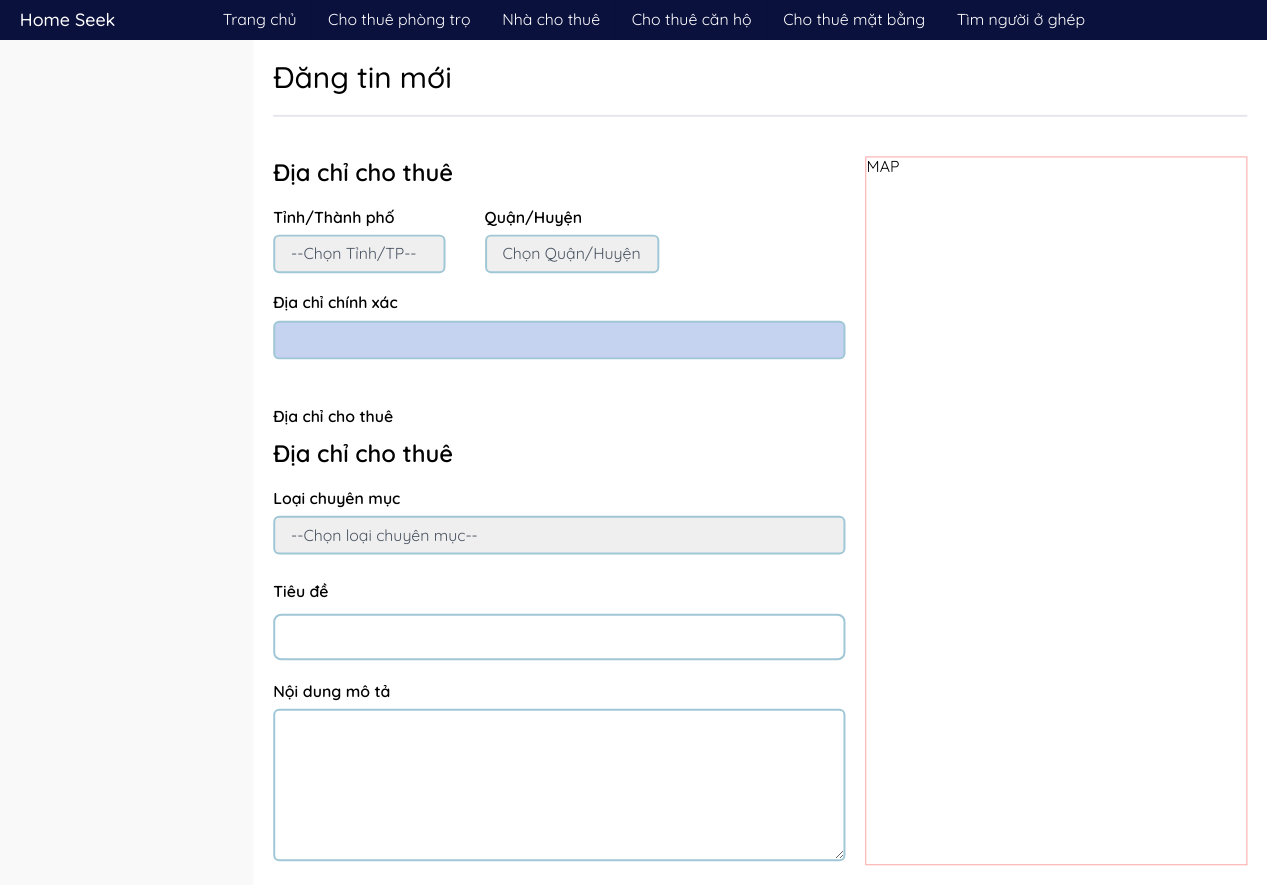
Repository: ajincome26/homeseek
Page: /create (app in client/)
An editor plug-in stored every save of this project. The page is shown before and after the next save, followed by the edit.
The browser window is 1280 px wide. The pictures show the whole page, at 99% of full size.
The page's requests for data from a server got no answer. The project was rebuilt for these pictures with package versions that can differ from the ones it lists, and the page was loaded fresh each time. Some packages were replaced by stand-ins written for this rebuild. No one was signed in, and anything a server would have sent is missing. Also part of the build but not shown: client/vite.config.ts, client/src/components/Footer/Footer.tsx, client/src/components/Button/Button.tsx, client/src/components/Button/index.ts, client/src/utils/utils.tsx, client/src/components/MainHeader/components/User.tsx, client/src/components/Popover/Popover.tsx, client/src/components/Popover/index.ts and 16 more.

Above is the page before, as saved 2024-01-10 05:05:08.

### client/index.html
<!doctype html>
<html lang="en">
  <head>
    <meta charset="UTF-8" />
    <link rel="icon" type="image/svg+xml" href="/vite.svg" />
    <meta name="viewport" content="width=device-width, initial-scale=1.0" />
    <title>Home Seek</title>
    <link rel="preconnect" href="https://fonts.googleapis.com" />
    <link rel="preconnect" href="https://fonts.gstatic.com" crossorigin />
    <link
      href="https://fonts.googleapis.com/css2?family=Quicksand:wght@300;400;500;600;700&display=swap"
      rel="stylesheet"
    />
  </head>
  <body>
    <div id="root"></div>
    <script type="module" src="/src/main.tsx"></script>
  </body>
</html>

### client/src/main.tsx
import ReactDOM from 'react-dom/client'
import App from './App'
import './styles/index.scss'
import { BrowserRouter } from 'react-router-dom'
import { QueryClient, QueryClientProvider } from '@tanstack/react-query'
import { ReactQueryDevtools } from '@tanstack/react-query-devtools'
import { AuthProvider } from './contexts/auth.context'
import { ErrorBoundary } from './components/ErrorBoundary'

// Create a client
const queryClient = new QueryClient({
  defaultOptions: {
    queries: {
      refetchOnWindowFocus: false // disable việc fetch lại api khi focus tab window
    }
  }
})

ReactDOM.createRoot(document.getElementById('root')!).render(
  <BrowserRouter>
    <QueryClientProvider client={queryClient}>
      <AuthProvider>
        <ErrorBoundary>
          <App />
        </ErrorBoundary>
      </AuthProvider>
      <ReactQueryDevtools initialIsOpen={false} />
    </QueryClientProvider>
  </BrowserRouter>
)

### client/src/App.tsx
import { useEffect } from 'react'
import { useAuth } from './contexts/auth.context'
import useRoute from './useRoute'
import { LocalStorageEventTarget } from './utils/auth'
import { ToastContainer } from 'react-toastify'
import 'react-toastify/dist/ReactToastify.css'

function App() {
  const routeElements = useRoute()
  const { resetAuth } = useAuth()
  useEffect(() => {
    LocalStorageEventTarget.addEventListener('clearLS', () => {
      resetAuth()
    })
    return () => {
      LocalStorageEventTarget.removeEventListener('clearLS', () => {
        resetAuth()
      })
    }
  }, [resetAuth])
  return (
    <div className='bg-third'>
      <ToastContainer />
      <div>{routeElements}</div>
    </div>
  )
}

export default App

### client/src/styles/index.scss
@tailwind base;
@tailwind components;
@tailwind utilities;

@import 'reset';

body {
  font-family: 'Quicksand', sans-serif;
  font-size: 16px;
  line-height: 1.2;
}

select {
  -webkit-appearance: none;
  -moz-appearance: none;
  appearance: none;
}

::-webkit-scrollbar {
  width: 10px;
}
::-webkit-scrollbar-track {
  background-color: #fafafa;
}
::-webkit-scrollbar-thumb {
  background-color: #ccd0d7;
  border-radius: 50px;
}

/* Chrome, Safari, Edge, Opera */
input::-webkit-outer-spin-button,
input::-webkit-inner-spin-button {
  -webkit-appearance: none;
  margin: 0;
}
/* Firefox */
input[type='number'] {
  appearance: textfield;
}

.cr-truncate-1 {
  overflow: hidden;
  display: -webkit-box;
  -webkit-box-orient: vertical;
  -webkit-line-clamp: 1;
  text-overflow: ellipsis;
  word-break: break-word;
}

// class tailwind-sort
.cr-transition {
  @apply transition-all ease-linear duration-200;
}
.cr-hover-text {
  @apply hover:text-[#977616] transition-colors ease-linear duration-200 cursor-pointer;
}
.cr-input-text {
  @apply px-3 py-2 border-[2px] border-[#a0c7d6] outline-none rounded-md focus:border-[#4b5fc2] cr-transition box-border w-full;
}

### client/src/contexts/auth.context.tsx
import React, { createContext, useContext, useState } from 'react'
import { User } from '~/types/user.type'
import { getAccessToken, getUserInfoFromStorage } from '~/utils/auth'

interface AuthProviderType {
  isLoggedIn: boolean
  setIsLoggedIn: React.Dispatch<React.SetStateAction<boolean>>
  userInfo: User | null
  setUserInfo: React.Dispatch<React.SetStateAction<User | null>>
  resetAuth: () => void
}
const initialContext: AuthProviderType = {
  isLoggedIn: Boolean(getAccessToken()),
  setIsLoggedIn: () => null,
  userInfo: getUserInfoFromStorage(),
  setUserInfo: () => null,
  resetAuth: () => null
}

const AuthContext = createContext<AuthProviderType>(initialContext)
const useAuth = () => {
  const context = useContext(AuthContext)
  if (typeof context === 'undefined') throw new Error('useAuth must be used within a AuthContext')
  return context
}
const AuthProvider = ({ children }: { children: React.ReactNode }) => {
  const [isLoggedIn, setIsLoggedIn] = useState(initialContext.isLoggedIn)
  const [userInfo, setUserInfo] = useState(initialContext.userInfo)
  const resetAuth = () => {
    setIsLoggedIn(false)
    setUserInfo(null)
  }
  return (
    <AuthContext.Provider value={{ isLoggedIn, setIsLoggedIn, userInfo, setUserInfo, resetAuth }}>
      {children}
    </AuthContext.Provider>
  )
}

// eslint-disable-next-line react-refresh/only-export-components
export { useAuth, AuthProvider }

### client/src/components/ErrorBoundary/index.ts
export { default as ErrorBoundary } from './ErrorBoundary'

### client/src/useRoute.tsx
import { useRoutes } from 'react-router-dom'
import { path } from './constants/path'
import { MainLayout } from './layouts/MainLayout'
import ManageLayout from './layouts/ManageLayout/ManageLayout'
import { CreatePost } from './pages/CreatePostPage'
import { HomePage } from './pages/HomePage'
import { LoginPage } from './pages/LoginPage'
import { RegisterPage } from './pages/RegisterPage'

const { HOME, LOGIN, REGISTER, OAUTH, CREATE } = path

const useRoute = () => {
  return useRoutes([
    {
      path: LOGIN,
      element: <LoginPage />
    },
    {
      path: REGISTER,
      element: <RegisterPage />
    },
    {
      path: OAUTH,
      element: <LoginPage />
    },
    {
      path: OAUTH,
      element: <RegisterPage />
    },
    // Authen không ảnh hưởng
    {
      element: <ManageLayout />,
      children: [
        {
          index: true,
          path: CREATE,
          element: <CreatePost />
        }
      ]
    },
    {
      element: <MainLayout />,
      children: [
        {
          index: true,
          path: HOME,
          element: <HomePage />
        }
      ]
    }
  ])
}

export default useRoute

### client/src/utils/auth.ts
import { User } from '~/types/user.type'

export const LocalStorageEventTarget = new EventTarget()

export const getAccessToken = () => localStorage.getItem('accessToken') || ''
export const getRefreshToken = () => localStorage.getItem('refreshToken') || ''
export const setAccessToken = (accessToken: string) => localStorage.setItem('accessToken', accessToken)
export const setRefreshToken = (refreshToken: string) => localStorage.setItem('refreshToken', refreshToken)
export const getUserInfoFromStorage = () => {
  const info = localStorage.getItem('userInfo')
  return info ? JSON.parse(info) : null
}
export const setUserInfoToStorage = (userInfo: User) => localStorage.setItem('userInfo', JSON.stringify(userInfo))

export const clearLocalStorage = () => {
  localStorage.removeItem('accessToken')
  localStorage.removeItem('refreshToken')
  localStorage.removeItem('userInfo')
  const clearLSEvent = new Event('clearLS')
  LocalStorageEventTarget.dispatchEvent(clearLSEvent)
}

### client/src/styles/_reset.scss
*,
*::before,
*::after {
  box-sizing: border-box;
}
* {
  margin: 0;
  padding: 0;
}

html,
body {
  height: 100%;
}
body {
  line-height: 1.5;
  -webkit-font-smoothing: antialiased;
  -webkit-tap-highlight-color: rgba(0, 0, 0, 0);
}
a {
  text-decoration: none;
  color: inherit;
}
img,
picture,
video,
canvas,
svg {
  display: block;
  // max-width: 100%;
}
input,
button,
textarea,
select {
  font: inherit;
  outline: none;
}
option:checked {
  background-color: #0891b2;
  color: white;
  font-style: italic;
}
p,
h1,
h2,
h3,
h4,
h5,
h6 {
  overflow-wrap: break-word;
}

### client/src/constants/path.ts
export const path = {
  HOME: '/',
  LOGIN: '/login',
  OAUTH: '/login/oauth',
  REGISTER: '/register',
  LOGOUT: '/logout',

  ROOM_FOR_RENT: '/room-for-rent',
  HOUSE_FOR_RENT: '/house-for-rent',
  APARTMENT_FOR_RENT: '/apartment-for-rent',
  GROUND_FOR_RENT: '/ground-for-rent',
  FIND_A_ROOMATE: '/find-a-roomate',

  CREATE: '/create',
  MANAGE: '/manage',
  PROFILE: '/user/profile',
  CHANGE_PASSWORD: '/user/change-password',

  CONTACT: '/contact',

  NOT_FOUND: '*'
}

### client/src/layouts/MainLayout/index.ts
export { default as MainLayout } from './MainLayout'

### client/src/layouts/ManageLayout/ManageLayout.tsx
import { Outlet } from 'react-router-dom'
import { Sidebar } from '~/components/Sidebar'
import { SubHeader } from '~/components/SubHeader'

const ManageLayout = () => {
  return (
    <>
      <SubHeader />
      <div className='pt-[40px] flex'>
        <div className='min-h-[calc(100vh-40px)] basis-1/5'>
          <Sidebar />
        </div>
        <div className='bg-white basis-4/5'>
          <Outlet />
        </div>
      </div>
    </>
  )
}

export default ManageLayout

### client/src/pages/CreatePostPage/index.ts
export { default as CreatePost } from './CreatePost'

### client/src/pages/HomePage/index.ts
export { default as HomePage } from './HomePage'

### client/src/pages/LoginPage/index.ts
export { default as LoginPage } from './LoginPage'

### client/src/pages/RegisterPage/index.ts
export { default as RegisterPage } from './RegisterPage'

### client/src/components/Sidebar/index.ts
export { default as Sidebar } from './Sidebar'

### client/src/components/SubHeader/index.ts
export { default as SubHeader } from './SubHeader'

### client/src/pages/CreatePostPage/CreatePost.tsx
import { yupResolver } from '@hookform/resolvers/yup'
import { useForm } from 'react-hook-form'
import { postSchema, PostSchema } from '~/utils/schema'
import Address from './components/Address'
import Overview from './components/Overview'

export type FormPost = PostSchema

const CreatePost = () => {
  const { handleSubmit } = useForm<FormPost>({
    resolver: yupResolver(postSchema)
  })
  const handleCreatePost = (data: FormPost) => {}
  return (
    <div className='p-5 text-black'>
      <h2 className='w-full pb-5 text-3xl font-medium border-b-2'>Đăng tin mới</h2>
      <div className='flex gap-5 mt-10'>
        <form onSubmit={handleSubmit(handleCreatePost)} className='flex flex-col gap-10 basis-[60%]'>
          <Address />
          <Overview />
        </form>
        <div className='border border-red-300 map basis-[40%]'>MAP</div>
      </div>
    </div>
  )
}

export default CreatePost

### client/src/components/SubHeader/SubHeader.tsx
import { Link } from 'react-router-dom'
import { SubNavigation } from '../SubNavigation'

const SubHeader = () => {
  return (
    <div className='fixed w-full h-[40px] bg-primary text-white flex items-center gap-12 px-5'>
      <Link to={'/'} className='text-lg font-medium cursor-pointer hover:text-sixth cr-transition'>
        Home Seek
      </Link>
      <div className='w-[80%]'>
        <SubNavigation />
      </div>
    </div>
  )
}

export default SubHeader

### client/src/pages/CreatePostPage/components/Overview.tsx
import { yupResolver } from '@hookform/resolvers/yup'
import { useState } from 'react'
import { Field } from '~/components/Field'
import { Input } from '~/components/Input'
import { Select } from '~/components/Select'
import { categories } from '~/constants/data'
import { useForm } from 'react-hook-form'
import { postSchema, PostSchema } from '~/utils/schema'
import { Label } from '~/components/Label'

export type FormCreatePost = PostSchema

const Overview = () => {
  const [category, setCategory] = useState('')
  const {
    register,
    handleSubmit,
    setError,
    formState: { errors }
  } = useForm<FormCreatePost>({
    resolver: yupResolver(postSchema)
  })
  return (
    <div>
      <Field>
        <Label textColor='text-black' htmlFor='title'>
          Địa chỉ cho thuê
        </Label>
      </Field>
      <h1 className='mb-5 text-2xl font-semibold'>Địa chỉ cho thuê</h1>
      <div className='flex gap-10 mb-5'>
        <Select
          type='category'
          label='Loại chuyên mục'
          optionTitle='--Chọn loại chuyên mục--'
          categories={categories as []}
          value={category}
          setValue={setCategory}
        />
      </div>
      <Field>
        <Label textColor='text-black' htmlFor='title'>
          Tiêu đề
        </Label>
        <Input
          className='px-3 py-2 border-[2px] border-[#a0c7d6] outline-none focus:border-[#4b5fc2] cr-transition flex-1 hover:border-[#a0c7d6]'
          register={register}
          name='title'
          errorMessage={errors.title?.message}
        />
      </Field>
      <div>
        <label htmlFor='desc' className='font-semibold'>
          Nội dung mô tả
        </label>
        <textarea
          id='desc'
          className='mt-2 cr-input-text'
          rows={7}
          // value={payload.description}
          // onChange={(e) => setPayload((prev) => ({ ...prev, description: e.target.value }))}
          // onFocus={() => setInvalidFields([])}
        />
      </div>
    </div>
  )
}

export default Overview

### client/src/components/Field/index.ts
export { default as Field } from './Field'

### client/src/components/Input/index.ts
export { default as Input } from './Input'
export { default as InputPassword } from './InputPassword'
export { default as InputSearch } from './InputSearch'
export { default as InputNumber } from './InputNumber'
export { default as InputFile } from './InputFile'
export { default as InputReadOnly } from './InputReadOnly'

### client/src/components/Label/index.ts
export { default as Label } from './Label'

### client/src/utils/icons.ts
import { BiSolidShoppingBags, BiLogoFacebookCircle, BiPlus } from 'react-icons/bi'
import {
  AiFillInstagram,
  AiFillTwitterCircle,
  AiOutlineEye,
  AiOutlineEyeInvisible,
  AiOutlineShoppingCart,
  AiFillStar,
  AiOutlineStar,
  AiFillCaretRight,
  AiOutlineQuestionCircle,
  AiFillHeart,
  AiOutlineHeart,
  AiOutlinePlusCircle
} from 'react-icons/ai'
import { TbWorld, TbUserCircle, TbBrandMessenger } from 'react-icons/tb'
import { PiCaretDownBold, PiCaretUpBold, PiCaretLeftBold, PiCaretRightBold } from 'react-icons/pi'
import { HiOutlineSearch, HiOutlineLogout } from 'react-icons/hi'
import { BsListUl, BsThreeDots, BsShieldLock, BsPencilSquare } from 'react-icons/bs'
import { LiaFilterSolid } from 'react-icons/lia'
import { RiSubtractLine, RiTodoLine } from 'react-icons/ri'
import { FaCartPlus } from 'react-icons/fa'
import { CiEdit } from 'react-icons/ci'
import { FaRegUser, FaUserEdit } from 'react-icons/fa'
import { SiSensu } from 'react-icons/si'
import { FcGoogle } from 'react-icons/fc'
import { MdOutlineDashboard, MdOutlineLibraryBooks } from 'react-icons/md'

export default {
  AiFillInstagram,
  AiFillTwitterCircle,
  AiOutlineEye,
  AiOutlineEyeInvisible,
  AiOutlineShoppingCart,
  AiFillStar,
  AiOutlineStar,
  AiFillCaretRight,
  AiOutlineQuestionCircle,
  AiFillHeart,
  AiOutlineHeart,
  AiOutlinePlusCircle,
  BiSolidShoppingBags,
  BiLogoFacebookCircle,
  PiCaretDownBold,
  PiCaretUpBold,
  PiCaretLeftBold,
  PiCaretRightBold,
  TbWorld,
  TbUserCircle,
  TbBrandMessenger,
  HiOutlineSearch,
  HiOutlineLogout,
  BsListUl,
  BsThreeDots,
  BsShieldLock,
  BsPencilSquare,
  LiaFilterSolid,
  BiPlus,
  RiSubtractLine,
  RiTodoLine,
  FaCartPlus,
  FaUserEdit,
  CiEdit,
  FaRegUser,
  SiSensu,
  FcGoogle,
  MdOutlineDashboard,
  MdOutlineLibraryBooks
}

### client/src/constants/data.tsx
import { path } from './path'
import icons from '~/utils/icons'
import { CategoryType } from '~/types/category.type'

const { BsPencilSquare, MdOutlineLibraryBooks, TbUserCircle, FaUserEdit, TbBrandMessenger } = icons

const {
  ROOM_FOR_RENT,
  HOUSE_FOR_RENT,
  APARTMENT_FOR_RENT,
  GROUND_FOR_RENT,
  FIND_A_ROOMATE,
  CREATE,
  MANAGE,
  PROFILE,
  CONTACT
} = path

export const categories = [
  { id: 1, name: 'Cho thuê phòng trọ', path: ROOM_FOR_RENT },
  { id: 2, name: 'Nhà cho thuê', path: HOUSE_FOR_RENT },
  { id: 3, name: 'Cho thuê căn hộ', path: APARTMENT_FOR_RENT },
  { id: 4, name: 'Cho thuê mặt bằng', path: GROUND_FOR_RENT },
  { id: 5, name: 'Tìm người ở ghép', path: FIND_A_ROOMATE }
] as CategoryType[]

export const dataManage = [
  {
    id: 1,
    text: 'Đăng tin cho thuê',
    path: CREATE,
    icon: <BsPencilSquare />
  },
  {
    id: 2,
    text: 'Quản lý tin đăng',
    path: MANAGE,
    icon: <MdOutlineLibraryBooks />
  },
  {
    id: 3,
    text: 'Thông tin tài khoản',
    path: PROFILE,
    icon: <TbUserCircle />
  }
]

export const dataSidebar = [
  {
    id: 1,
    text: 'Đăng tin cho thuê',
    path: CREATE,
    icon: <BsPencilSquare />
  },
  {
    id: 2,
    text: 'Quản lý tin đăng',
    path: MANAGE,
    icon: <MdOutlineLibraryBooks />
  },
  {
    id: 3,
    text: 'Sửa thông tin cá nhân',
    path: PROFILE,
    icon: <FaUserEdit />
  },
  {
    id: 4,
    text: 'Liên hệ',
    path: CONTACT,
    icon: <TbBrandMessenger />
  }
]

### client/src/components/SubNavigation/index.ts
export { default as SubNavigation } from './SubNavigation'

### client/src/apis/province.api.ts
import { Province } from '~/types/province.type'
import { apiGetPublicProvinces } from '~/utils/utils'

const provinceApi = {
  getProvinces: () => apiGetPublicProvinces.get<Province[]>('/')
}

export default provinceApi

### client/src/components/Select/index.ts
export { default as Select } from './Select'

### client/src/components/Field/Field.tsx
interface Props {
  children: JSX.Element | JSX.Element[]
}

const Field = ({ children }: Props) => {
  return <div className='flex flex-col items-start'>{children}</div>
}

export default Field

### client/src/components/Input/Input.tsx
import { InputHTMLAttributes } from 'react'
import type { FieldValues, FieldPath, UseFormRegister } from 'react-hook-form'

export interface InputProps<TFieldValues extends FieldValues> extends InputHTMLAttributes<HTMLInputElement> {
  name: FieldPath<TFieldValues>
  errorMessage?: string
  register: UseFormRegister<TFieldValues>
}

const Input = <TFieldValues extends FieldValues = FieldValues>({
  className,
  type,
  name,
  children,
  errorMessage,
  register,
  ...props
}: InputProps<TFieldValues>) => {
  return (
    <div className='relative w-full'>
      <input
        id={name}
        type={type || 'text'}
        {...register(name)}
        {...props}
        className={`mb-[6px] border rounded-lg py-3 bg-grayField hover:border-primary focus:border-primary transition w-full focus:bg-white ${
          children ? 'pl-4 pr-10' : 'px-4'
        } ${className}`}
        autoComplete='on'
      />
      <span className='absolute top-1/2 right-3 translate-y-[-110%] cursor-pointer text-grayDark'>{children}</span>
      <div className='text-sm text-red-500 min-h-[1rem] leading-4'>{errorMessage}</div>
    </div>
  )
}

export default Input

### client/src/components/Input/InputReadOnly.tsx
import { InputHTMLAttributes } from 'react'

export interface InputProps extends InputHTMLAttributes<HTMLInputElement> {
  title: string
  data: string
}

const InputReadOnly = ({ title, data }: InputProps) => {
  return (
    <div className='w-full'>
      <label className='font-semibold' htmlFor={title}>
        {title}
      </label>
      <input type='text' id={title} value={data || ''} className='mt-2 cr-input-text bg-[#c5d3f1]' readOnly />
    </div>
  )
}

export default InputReadOnly

### client/src/components/Label/Label.tsx
interface Props {
  htmlFor: string
  children: string
  textColor?: string
}

const Label = ({ htmlFor, children, textColor }: Props) => {
  return (
    <label className={`${textColor || 'text-white'} mt-2 mb-3 font-semibold cursor-pointer`} htmlFor={htmlFor}>
      {children}
    </label>
  )
}

export default Label

### client/src/components/SubNavigation/SubNavigation.tsx
import { NavLink } from 'react-router-dom'
import { categories } from '~/constants/data'

const notActive = 'hover:bg-secondary px-4 h-full flex items-center bg-primary transition-all ease-linear duration-300'
const active = 'hover:bg-secondary px-4 h-full flex items-center bg-secondary'
const SubNavigation = () => {
  return (
    <div className='w-full h-[40px] flex justify-center items-center'>
      <div className='flex items-center h-full'>
        <NavLink to={'/'} className={({ isActive }) => (isActive ? active : notActive)}>
          Trang chủ
        </NavLink>
        {categories?.length > 0 &&
          categories.map((item, index) => {
            return (
              <div key={index} className='h-full'>
                <NavLink to={item.path} className={({ isActive }) => (isActive ? active : notActive)}>
                  {item.name}
                </NavLink>
              </div>
            )
          })}
      </div>
    </div>
  )
}

export default SubNavigation

Loaded but not shown: client/tailwind.config.js (37 lines, source omitted); client/src/utils/schema.ts (64 lines, source omitted); client/src/pages/CreatePostPage/components/Address.tsx (67 lines, source omitted); client/src/components/Select/Select.tsx (53 lines, source omitted)

After the next save:
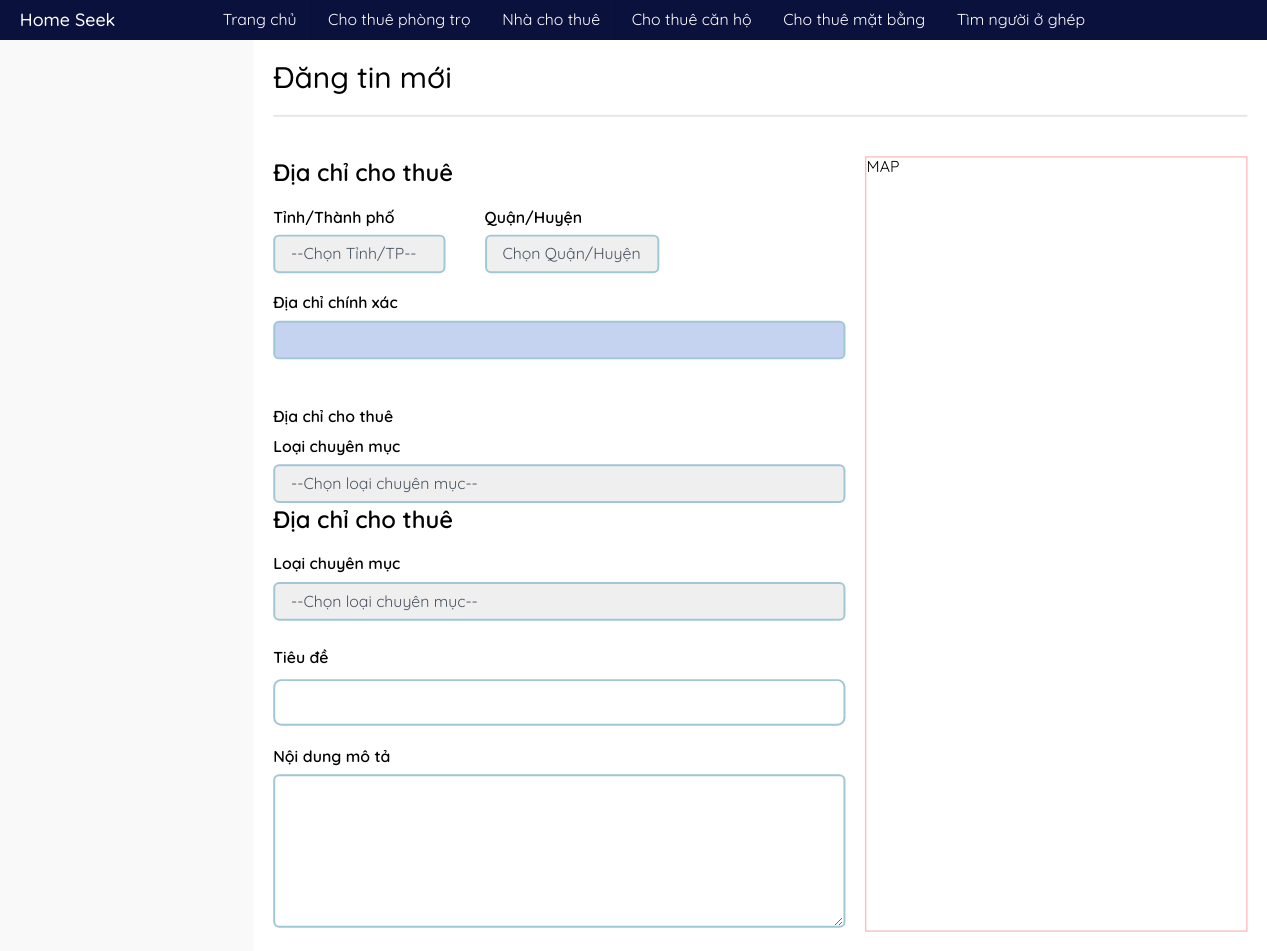
Saved 32 s later.
--- a/client/src/pages/CreatePostPage/components/Overview.tsx
+++ b/client/src/pages/CreatePostPage/components/Overview.tsx
@@ -26,6 +26,14 @@ const Overview = () => {
         <Label textColor='text-black' htmlFor='title'>
           Địa chỉ cho thuê
         </Label>
+        <Select
+          type='category'
+          label='Loại chuyên mục'
+          optionTitle='--Chọn loại chuyên mục--'
+          categories={categories as []}
+          value={category}
+          setValue={setCategory}
+        />
       </Field>
       <h1 className='mb-5 text-2xl font-semibold'>Địa chỉ cho thuê</h1>
       <div className='flex gap-10 mb-5'>
